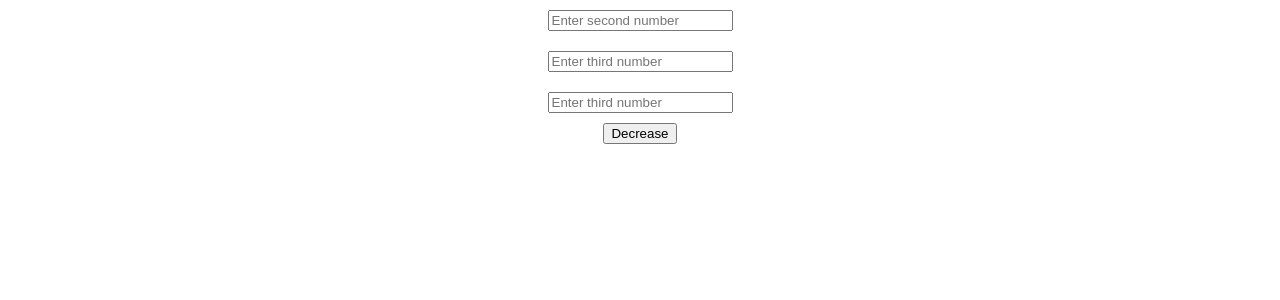
Repository: purnimapatel/SI-calculator
Page: /
These files come from the project's save history. The page is drawn as it stood at one moment and after the next save; the edit follows.
The browser window is 1280 px wide. The pictures show the whole page.
The project was rebuilt for these pictures with package versions that can differ from the ones it lists, and the page was loaded fresh each time.

Above is the page before, as saved 2024-08-26 11:15:28.

After the next save:
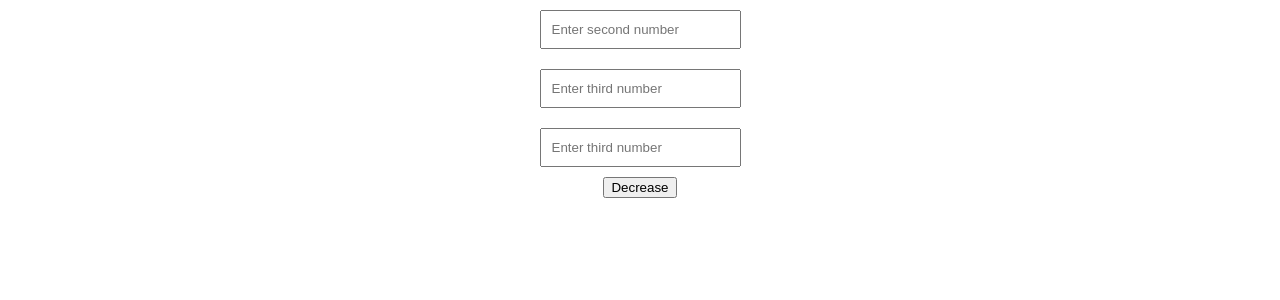
Saved 12 s later.
--- a/src/App.css
+++ b/src/App.css
@@ -19,4 +19,5 @@ input[type=number] {
 }
 #field{
   margin:10px;
+  padding:10px;
 }
